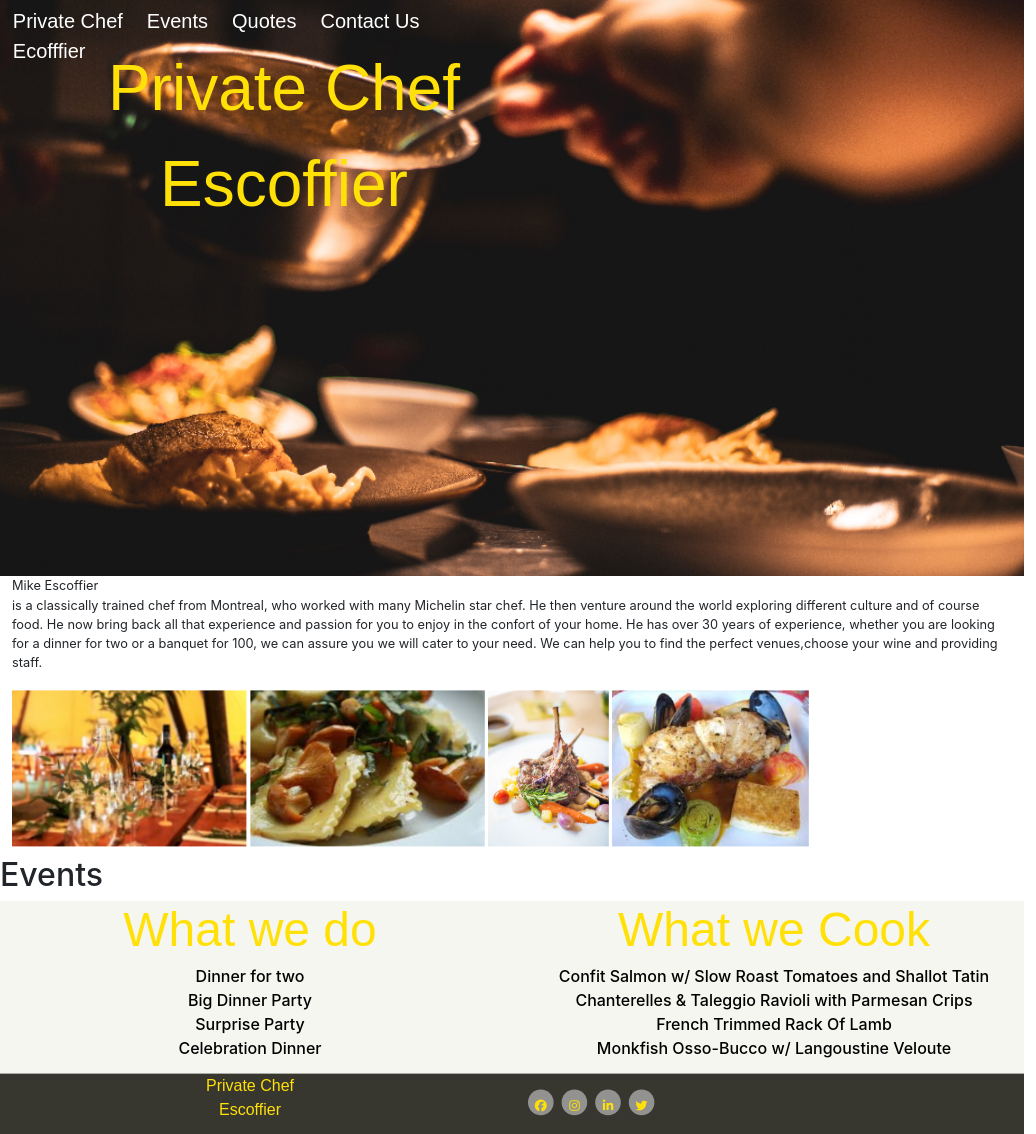
Repository: Mrsebastino/First-Milestone
Page: index.html
The author's editor kept a record of every edit. The page is drawn from the files as they stood at one moment, then again after the next edit.
The browser window is 1280 px wide. The page is 1295 px wide, so the pictures cover 1295 px, including what lies to the right of the window. The pictures show the whole page, at 80% of full size.
Pictures or frames that could not be fetched are drawn as grey boxes. Backgrounds fixed to the window are drawn as part of the page. Some web fonts or font styles are not loaded; a fallback is used. Some web libraries are served in a nearby version.

Above is the page before.

### index.html
<!DOCTYPE html>
<html lang="en">

<head>
    <!--i used favicon generator to create the icon-->
    <meta charset="UTF-8">
    <meta name="viewport" content="width=device-width, initial-scale=1.0">
    <meta http-equiv="X-UA-Compatible" content="ie=edge">
    <title>Private Chef Escoffier</title>
    <link rel="shortcut icon" href="assets/images/favicon-32x32.png" type="image/png" />
    <link rel="stylesheet" href="https://stackpath.bootstrapcdn.com/bootstrap/4.3.1/css/bootstrap.min.css">
    <link rel="stylesheet" href="assets/css/style.css" type="text/css" />

</head>
<!-- I have nested the navbar so it shows over my background image, found it quicker to achieve what i wanted i took the code from Bootstrap-->

<body>
    <header>
        <div class="container-fluid">
            <div class="container-landing-page">
                <div class="row ">
                    <div class="col-sm-4 col-md-6">
                        <nav class="navbar navbar-expand-lg navbar-light bg-transparent">
                            <button class="navbar-toggler" type="button" data-toggle="collapse" data-target="#navbarNavDropdown" aria-controls="navbarNavDropdown" aria-expanded="false" aria-label="Toggle navigation">
                               <span class="navbar-toggler-icon"></span>
                            </button>
                            <div class="collapse navbar-collapse" id="navbarNavDropdown">
                                <ul class="navbar-nav">
                                    <li class="nav-item active">
                                        <a class="nav-link-logo" href="index.html">Private Chef<br> Ecofffier <span class="sr-only"></span></a>
                                    </li>
                                    <li class="nav-item">
                                        <a class="nav-link" href="events.html">Events</a>
                                    </li>
                                    <li class="nav-item">
                                        <a class="nav-link" href="quotes.html">Quotes</a>
                                    </li>
                                    <li class="nav-item">
                                        <a class="nav-link" href="contact.html">Contact Us</a>
                                    </li>
                                </ul>
                            </div>
                        </nav>
                    </div>
                    <div class="container">
                        <div class="row">
                            <div class="col-sm-4 col-md-6">
                                <p class="container-title"> Private Chef<br> Escoffier</p>
                            </div>
                        </div>
                    </div>
                </div>
            </div>
        </div>
    </header>
    <section>
        <div class="container-fluid"
            <div class="row">
                <div class="col">
                    <div class "container-about">
                        <span class="about-heading">Mike Escoffier</span><br> is a classically trained chef from Montreal, who worked with many Michelin star chef. He then venture around the world exploring different culture and of course food. He now
                        bring back all that experience and passion for you to enjoy in the confort of your home.
                        He has over 30 years of experience, whether you are looking for a dinner for two or a banquet for 100, we can assure you we will cater to your need. We can help you to find the
                        perfect venues,choose your wine and providing staff.
                    </div>
                </div>
                <div class="col">
                    <div class="event-photo">
                        <img src="assets/images/bar-bottles-catering-1243337.jpg" class="square" height=200 wdith=200>
                        <img src="assets/images/chanterelle-ravioli.jpg" class="square" height=200 wdith=200>
                        <img src="assets/images/beef-blur-chicken-323682.jpg" class="square" height=200 wdith=200>
                        <img src="assets/images/monkfish.jpg" class="square" height=200 wdith=200>
                    </div>
                </div>
            </div>
        </div>
    </section>
    <section>
        <h1>Events</h1>
        <h2 class="img-fluid events-bg"></h2>
        <div class="container-fluid container-event">
            <div class="row no-gutter">
                <div class="col-sm-4 col-md-6">
                    <h3 class="event-heading"> What we do </h3>
                    <p class="event-information">
                        Dinner for two<br> Big Dinner Party<br> Surprise Party<br> Celebration Dinner<br>
                    </p>
                </div>
                <div class="col-sm-4 col-md-6">
                    <h3 class="event-heading">What we Cook</h3>
                    <p class="event-information">
                        Confit Salmon w/ Slow Roast Tomatoes and Shallot Tatin<br> Chanterelles & Taleggio Ravioli with Parmesan Crips<br> French Trimmed Rack Of Lamb<br> Monkfish Osso-Bucco w/ Langoustine Veloute<br>
                    </p>
                </div>
            </div>
        </div>
    </section>
    <footer>
        <!--the footer is inpired by the resume project, on mobile devices i have remove the logo-footer ( a tip from my mentor)-->
        <div class="container-footer" id="footer">
            <div class="row">
                <div class="col-med-12 col-lg-6">
                    <p class="logo-footer">
                        <a class="logo-footer" href="index.html"><span>Private Chef<br>  Escoffier</span></a>
                    </p>
                </div>
                <div class="col-med-12 col-lg-6">
                    <ul class="list-inline social-link">
                        <li class="list-inline-item">
                            <a href="#"></a> <i class="fab fa-facebook" aria-hidden="true"></i>
                            <span class="sr-only">Facebook</span></a>
                            <a href="#"></a> <i class="fab fa-instagram" aria-hidden="true"></i>
                            <span class="sr-only">instagram</span></a>
                            <a href="#"></a> <i class="fab fa-linkedin-in" aria-hidden="true"></i>
                            <span class="sr-only">LinkedIn</span></a>
                            <a href="#"></a> <i class="fab fa-twitter" aria-hidden="true"></i>
                            <span class="sr-only">twitter</span></a>
                        </li>
                    </ul>
                </div>
            </div>
        </div>
    </footer>
    <script src="https://code.jquery.com/jquery-3.3.1.slim.min.js"></script>
    <script src="https://cdnjs.cloudflare.com/ajax/libs/popper.js/1.14.7/umd/popper.min.js"></script>
    <script src="https://stackpath.bootstrapcdn.com/bootstrap/4.3.1/js/bootstrap.min.js"></script>
    <script src="https://kit.fontawesome.com/59067acff4.js"></script>

</body>

</html>

### assets/css/style.css
@import url('https://fonts.googleapis.com/css?family=Roboto:100,200,300,400,500,600,700|Mansalva:100,200,300,400,500,600,700');

.body {
    font-family: 'Roboto', sans-serif;
    margin: 0;
    padding: 0;
}

/*---------Header------*/

.container-fluid {
    margin: 0;
    padding: 0;
}

.container-title {
    padding-top: 50px;
    font-family: 'Mansalva', sans-serif;
    text-align: center;
    font-size: 80px;
    color: #ffe007;
}


/*---------backgrounfd image------*/

.container-landing-page {
    padding: 0;
    margin: 0;
    height: 100vh;
    background: url("../images/blur-chef-cooking-2403392.jpg") no-repeat center fixed;
    background-attachment: fixed;
    -webkit-background-size: cover;
    -moz-background-size: cover;
    -o-background-size: cover;
    background-size: cover;
}

.events-bg {
    padding: 0;
    margin: 0;
    background: url("../images/anise-aroma-art-277253.jpg") no-repeat center fixed;
    background-attachment: scroll;
    -webkit-background-size: cover;
    -moz-background-size: cover;
    -o-background-size: cover;
    background-size: cover;
}

.quotes-bg {
    padding: 0;
    margin: 0;
    background: url("../images/adult-bar-blur-696218.jpg") no-repeat center fixed;
    background-attachment: scroll;
    -webkit-background-size: cover;
    -moz-background-size: cover;
    -o-background-size: cover;
    background-size: cover;
}

.contact-bg {
    padding: 0;
    margin: 0;
    background: url("../images/conference-learning-meeting-7095.jpg") no-repeat center fixed;
    background-attachment: scroll;
    -webkit-background-size: cover;
    -moz-background-size: cover;
    -o-background-size: cover;
    background-size: cover;
}


/*---------Navbar------*/

.navbar {
    position: fixed;
}

.nav-link-logo {
    font-family: 'Mansalva', sans-serif;
    font-size: 25px;
    color: #fff;
    transition: all 0.5s ease-in-out;
    -moz-transition: all 0.5s ease-in-out;
    -webkit-transition: all 0.5s ease-in-out;
    -o-transition: all 0.5s ease-in-out;
}

.nav-link-logo:hover {
    color: #fff;
    font-size: 30px;
    text-decoration: none;

}

.nav-link {
    font-family: 'Mansalva', sans-serif;
    font-size: 25px;
    color: #fff;
    transition: all 0.5s ease-in-out;
    -moz-transition: all 0.5s ease-in-out;
    -webkit-transition: all 0.5s ease-in-out;
    -o-transition: all 0.5s ease-in-out;
}

.navbar-light .navbar-nav .nav-link {

    color: #fff;
    margin-left: 30px;
    padding: 0px;
}

.navbar-light .navbar-nav .nav-link:hover {
    color: #fff;
    font-size: 30px;

}

.navbar-toggler-icon {
    color: #fff;
    display: inline-block;
    width: 1.5em;
    height: 1.5em;
    vertical-align: middle;
    background: no-repeat center center;
    background-size: 100% 100%;
}

.navbar-toggler {
    padding: .25rem .75rem;
    font-size: 1.25rem;
    line-height: 1;
    background-color: #fff;
    border: 1px solid transparent;
    border-radius: .25rem;
}

/*---------events------*/

.container-event {
    margin: 0;
    padding: 0;
    background-color: #f6f6f0;
}

.event-heading {
    font-family: 'Mansalva', sans-serif;
    font-size: 60px;
    text-align: center;
    font-weight: 500;
    color: #ffe007;
}

.event-information {
    height: auto;
    color: black;
    text-align: center;
    font-size: 20px;
    font-weight: 500;
}

.event-photo {
    padding-bottom: 10px;
    padding-top: 20px;
    height: auto;
    display: inline-block;
    text-align: center;
}

.square {
    padding-bottom: 2.5px;
    padding-top: 2.5px;
}





/*---------quotes------*/

.quotes-container {
    font-family: 'Roboto', sans-serif;
    font-size: 20px;
    height: auto;
}

.quotes-container-right {
    font-family: 'Roboto', sans-serif;
    font-size: 20px;
    margin-left: 50%;
    height: auto;
}

/*---------contact us------*/

.contact-container-fluid {
    background-color: #ffe007; ;
}

.col {
    padding-left: 15px;
    padding-right: 20px;
}

.header {
    font-family: 'Mansalva', sans-serif;
    font-size: 50px;
    text-align: center;
    padding-bottom: 20px;
}

form {
    text-align: center;
}

.form-container {
    display: inline-grid;
}

#fname,#lname,#email,#date,#event {
    width: 450px;
    margin-bottom: 5px;
    margin-top: 5px;
    color: #000;
}

.button-container {
    margin-top: 10px;
    margin-bottom: 10px;
    text-align: center;
}


/*---------Footer------*/

#footer {
    position: absolute;
    width: 100%;
    background-color: #37372F;
}

.list-inline-item {
    display: inline-table;
}

.logo-footer {
    font-family: 'Mansalva', sans-serif;
    font-size: 20px;
    color: #ffe007; ;
    text-align: center;
    transition: all 0.5s ease-in-out;
    -moz-transition: all 0.5s ease-in-out;
    -webkit-transition: all 0.5s ease-in-out;
    -o-transition: all 0.5s ease-in-out;
}

.logo-footer:hover {
    color: #fff;
    text-decoration: none;
}

.fab {
    margin-left:5px;
    margin-right: 5px;
    height: 32px;
    width: 32px;
    padding: 12px 0;
    border-radius: 50px;
    text-align: center;
    font-size: 15px;
    line-height: 7px;
    margin-top: 20px;
    color: #ffe007; ;
    background-color: #929290;
    transition: all 0.5s ease-in-out;
    -moz-transition: all 0.5s ease-in-out;
    -webkit-transition: all 0.5s ease-in-out;
    -o-transition: all 0.5s ease-in-out;
}

.fab:hover {
    color: #fff;
    text-decoration: none;
    font-size: 25px;
}

/*---------media queries------*/

@media(max-width: 767px) {
    .logo-footer {
        display: none;
    }
    .list-inline.social-link {
        text-align: center;
    }
    .quotes-container {
        display: inline-grid;
        padding-top: 5px;
        padding-bottom: 5px;
    }
    .quotes-container-right {
        display: inline-grid;
        margin-left: 0;
        padding-top: 5px;
        padding-bottom: 5px;
    }
}

After the next edit:
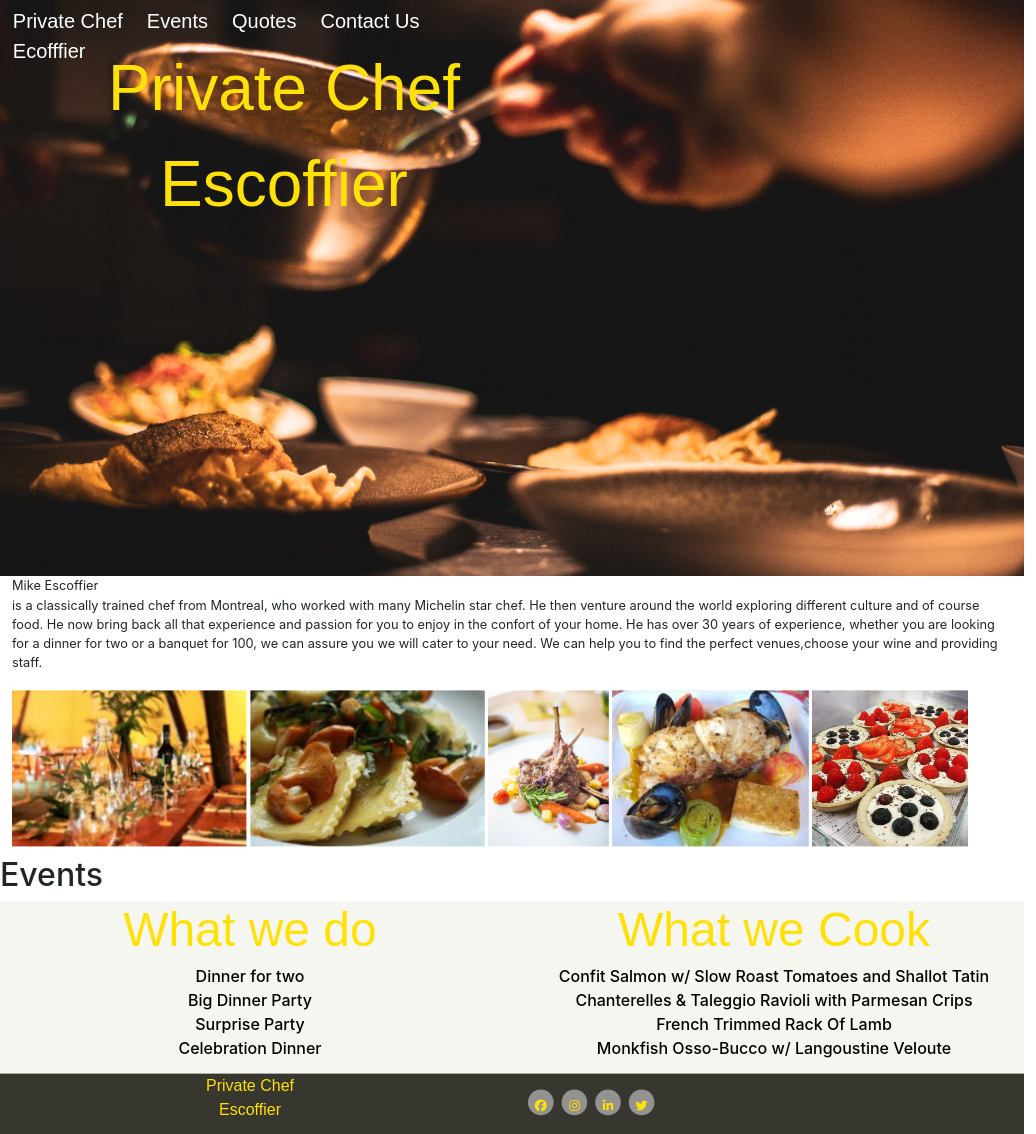
The edit:
--- a/index.html
+++ b/index.html
@@ -70,6 +70,7 @@
                         <img src="assets/images/chanterelle-ravioli.jpg" class="square" height=200 wdith=200>
                         <img src="assets/images/beef-blur-chicken-323682.jpg" class="square" height=200 wdith=200>
                         <img src="assets/images/monkfish.jpg" class="square" height=200 wdith=200>
+                        <img src="assets/images/fruit-tart.jpg" class="square" height=200 wdith=200>
                     </div>
                 </div>
             </div>
